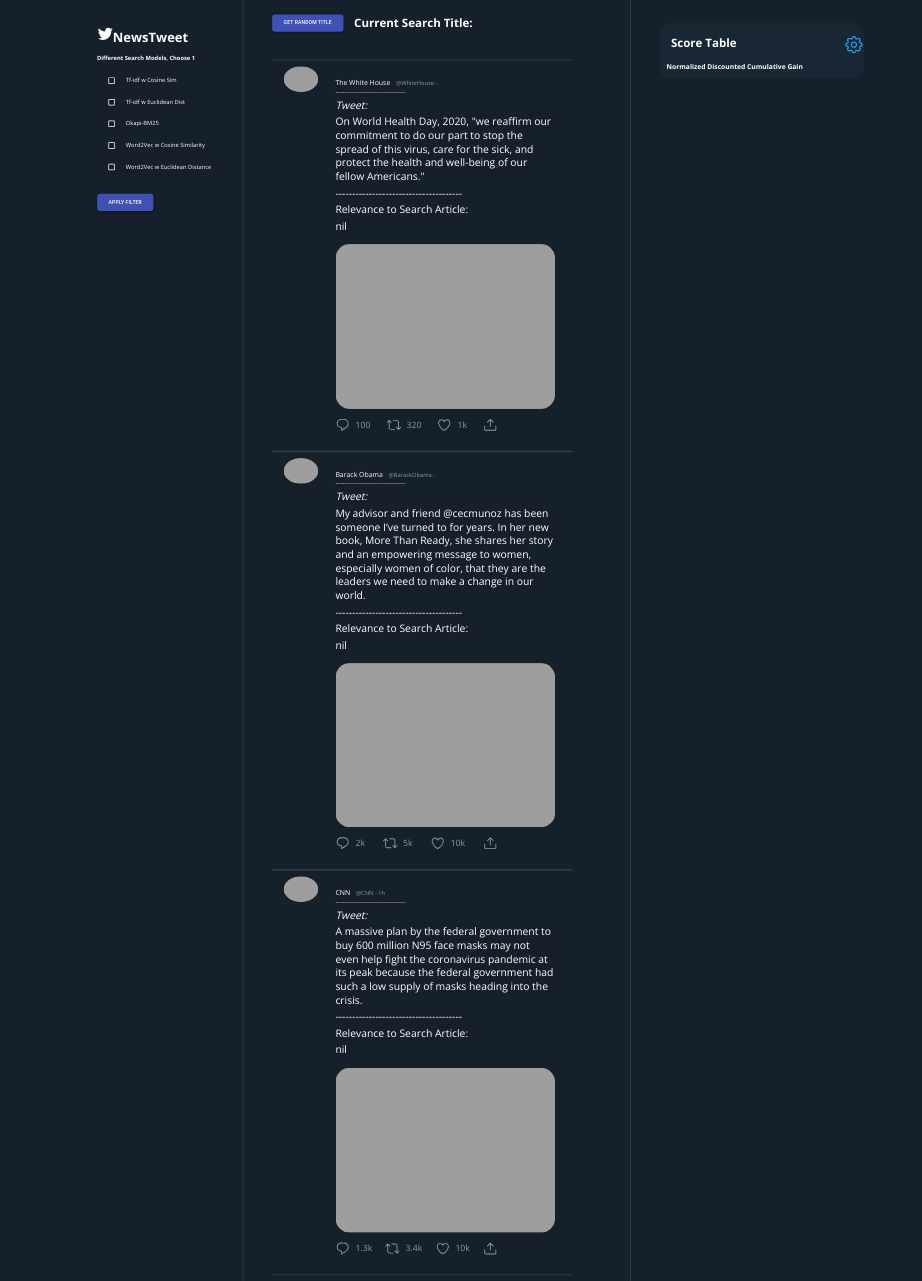
Repository: Dustyik/IR-tweets---disaster-
Page: / (app in Frontend/)
The author's editor kept a copy of each file at every save. The page is drawn from the files as they stood at one save, then again after the next save.
The browser window is 1280 px wide. The pictures show the whole page, at 72% of full size.
Pictures or frames that could not be fetched are drawn as grey boxes. The page's requests for data from a server got no answer. The project was rebuilt for these pictures with package versions that can differ from the ones it lists, and the page was loaded fresh each time. No one was signed in, and anything a server would have sent is missing. Also part of the build but not shown: Frontend/src/components/trending/Trend.js, Frontend/src/components/trending/FollowSuggestionCard.js, Frontend/src/styles/FollowList.css, Frontend/src/components/trending/FollowSuggestionsList.js, Frontend/src/components/StatusCard.js, Frontend/src/pages/Status.js, Frontend/src/components/profile/ProfileHead.js, Frontend/src/components/profile/ProfileDetails.js and 2 more.

Above is the page before, as saved 2021-08-07 17:29:43.

### Frontend/public/index.html
<!DOCTYPE html>
<html lang="en">

<head>
  <meta charset="utf-8" />
  <link rel="icon" href="%PUBLIC_URL%/favicon.ico" />
  <meta name="viewport" content="width=device-width, initial-scale=1" />
  <meta name="theme-color" content="#000000" />
  <meta name="description" content="Web site created using create-react-app" />
  <link rel="apple-touch-icon" href="%PUBLIC_URL%/logo192.png" />
  <link href="https://fonts.googleapis.com/css2?family=Open+Sans:wght@400;700&display=swap" rel="stylesheet">
  <!--
      manifest.json provides metadata used when your web app is installed on a
      user's mobile device or desktop. See https://developers.google.com/web/fundamentals/web-app-manifest/
    -->
  <link rel="manifest" href="%PUBLIC_URL%/manifest.json" />
  <!--
      Notice the use of %PUBLIC_URL% in the tags above.
      It will be replaced with the URL of the `public` folder during the build.
      Only files inside the `public` folder can be referenced from the HTML.

      Unlike "/favicon.ico" or "favicon.ico", "%PUBLIC_URL%/favicon.ico" will
      work correctly both with client-side routing and a non-root public URL.
      Learn how to configure a non-root public URL by running `npm run build`.
    -->
  <title>React App</title>
</head>

<body>
  <noscript>You need to enable JavaScript to run this app.</noscript>
  <div id="root"></div>
  <!--
      This HTML file is a template.
      If you open it directly in the browser, you will see an empty page.

      You can add webfonts, meta tags, or analytics to this file.
      The build step will place the bundled scripts into the <body> tag.

      To begin the development, run `npm start` or `yarn start`.
      To create a production bundle, use `npm run build` or `yarn build`.
    -->
</body>

</html>

### Frontend/src/App.js
import React from 'react';
import { BrowserRouter as Router, Route } from 'react-router-dom';
import './App.css';
import { Sidebar } from './components/Sidebar';
import { Home } from './pages/Home';
import { Trending } from './components/trending/Trending';
import { GlobalProvider } from './context/GlobalState';
import { Status } from './pages/Status';
import ScrollToTop from './utils/ScrollToTop';
import { Profile } from './pages/Profile';

function App() {
  return (
    <GlobalProvider >
      <Router >

        <ScrollToTop>
          <div className="App">
            <div className="side-nav">
              <Sidebar />
            </div>
            <div className="main trending">

              <Route exact path="/" component={Home} />
              { /*
              <Route exact path="/:id" component={Profile} />
              <Route exact path="/status/:id" component={Status} />
              */}


            </div>

            <div className="trending">
              <Trending />
            </div>
          </div>
        </ScrollToTop>

      </Router>
    </GlobalProvider>
  );
}

export default App;

### Frontend/src/App.css
:root {
    --body-bg        : rgb(21, 32, 43);
    --sky-blue       : rgba(29, 161, 242, 1.00);
    --light          : rgba(255, 255, 2555);
    --grey           : rgb(136, 153, 166);
    --border         : rgb(56, 68, 77);
    --thick-border   : rgb(37, 51, 65);
    --thick-border   : rgb(37, 51, 65);
    --card-background: rgb(25, 39, 52);
}

body {
    background-color: var(--body-bg);
    font-family     : 'Open Sans', sans-serif;
    padding         : 0;
    margin          : 0;
    color           : var(--light);
}

html {
    font-size: 8px;
}

::-webkit-input-placeholder {
    /* Chrome/Opera/Safari */
    font-size  : 2.5rem;
    color      : #9197a3;
    font-weight: 400;
}

::-moz-placeholder {
    /* Firefox 19+ */
    font-size  : 2.5rem;
    color      : #9197a3;
    font-weight: 400;
}

:-ms-input-placeholder {
    /* IE 10+ */
    font-size  : 2.5rem;
    color      : #9197a3;
    font-weight: 400;
}

:-moz-placeholder {
    /* Firefox 18- */
    font-size  : 2.5rem;
    color      : #9197a3;
    font-weight: 400;
}

.App {
    display              : grid;
    grid-template-columns: 2.5fr 4fr 3fr;
}

.side-nav {
    padding-left: 40%;
    padding-top : 3rem;
}

.side-nav svg {
    fill : var(--light);
    width: 2.75rem;
}

.side-nav svg:hover {
    fill: var(--sky-blue);
}

.side-nav-item {
    padding: 2rem 0;

}

.side-nav .side-nav-item .side-nav-text {
    font-size     : 2.25rem;
    font-weight   : 700;
    color         : var(--light);
    padding-left  : 3rem;
    vertical-align: bottom;
}

.avatar {
    display: inline;
}

.avatar img {
    border-radius: 50%;
}


/* helper classes */
.p-0 {
    padding: 0
}


.pl-0 {
    padding-left: 0
}

.p-1 {
    padding: 1rem;
}

.p-2 {
    padding: 2rem
}

.pr-0 {
    padding-right: 0
}

.pb-1 {
    padding-bottom: 1rem;
}

.m-0 {
    margin: 0
}

.mb-0 {
    margin-bottom: 0;
}

.text-center {
    text-align: center;
}

.w-100 {
    width: 100%;
}

.pl-1 {
    padding-left: 1rem;
}

.pr-1 {
    padding-right: 1rem;
}

ul {
    list-style: none;
}

.flex-align-center {
    display    : flex;
    align-items: center;
}

.flex-space-between {
    display        : flex;
    justify-content: space-between;
}

.inline-block {
    display: inline-block;

}


.btn {
    color      : var(--light);
    font-weight: 700;
    cursor     : pointer;
    border     : none;
    background : transparent;
}

.tweet-btn {
    border-radius   : 4rem;
    font-size       : 2rem;
    padding         : 1.5rem;
    background-color: var(--sky-blue);
    width           : 80%;
}

.follow-btn {
    border-radius: 3rem;
    font-size    : 2rem;
    padding      : 0.5rem;
    font-weight  : 700;
    color        : var(--sky-blue);
    border       : 1px solid var(--sky-blue);
}

.pointer {
    cursor: pointer;
}

.bold-dull-para {
    font-size: 1.75rem;
    color    : var(--grey);
}

a {
    text-decoration: none;
    color          : inherit;
}

h1 {
    font-size  : 2.25rem;
    font-weight: 700;
    color      : var(--light);
}

h2 {
    font-size  : 2rem;
    font-weight: 700;
    color      : var(--light);
}

input:focus {
    outline: none;
}

### Frontend/src/components/Sidebar.js
import React, {useState, useContext} from 'react';
import { Logo, HomeIcon, ExploreIcon, NotificationIcon, MessageIcon, BookmarkIcon, ListsIcon, MoreIcon } from '../images/svg/svgs';
import { SmallAvatar } from '../images/avatars';
import { Checkbox } from '@material-ui/core';
import { Button } from '@material-ui/core';
import * as API from "../apifunctions"
import { GlobalContext } from '../context/GlobalState'
import { uniqueNamesGenerator, Config, adjectives, colors, animals } from 'unique-names-generator';


const SEARCH_MODELS = ["Tf-idf w Cosine Sim", "Tf-idf w Euclidean Dist", "Okapi-BM25", "Word2Vec w Cosine Similarity", "Word2Vec w Euclidean Distance"]

export const Sidebar = () => {
    const profImageurl = 'https://pbs.twimg.com/profile_images/1247964769669136385/KVCROk2D_bigger.jpg';
    const [searchModelsLocalState, setSearchModelsLocalState] = useState([])

    const {setSearchModels, searchModels, title, removeAllTweets, addTweet, addRankingScore, getRankingScore} = useContext(GlobalContext);

    const checkBoxToggled = (event) => {
        const id = event.id
        const checkValue = event.checked

        if (checkValue){
            setSearchModels(id)
            setSearchModelsLocalState(id)
        }
    }

    const applyFilter = () => {
        API.applySearchFilters(searchModels, title.title, title.id).then(
            res => {
                removeAllTweets()
                const data = JSON.parse(res.data.pandas_data)
                const ranking = res.data.ranking_score
                addRankingScore(ranking)



                console.log(data)

                const relevanceData = data.relevance_score
                const tweetData = data.tweet
                const tweetIdData = data.id
                const relatedArticlesData = data.article_id

                for (let i = 0; i < Object.keys(relevanceData).length; i++){
                    let pxSize = 140 + i*3
                    const newTweet = {
                        name: uniqueNamesGenerator({dictionaries: [adjectives, colors, animals]}),
                        tweet: tweetData[i],
                        relevance: relevanceData[i],
                        image: `https://placeimg.com/${pxSize}/${pxSize}/any`
                    }
                    addTweet(newTweet)
                }

            }
        )
    }

    const createCheckBoxes = () =>
        SEARCH_MODELS.map((e) => {

            return (
                <div>
                <Checkbox
                size = "medium"
                id = {e}
                onChange = {(e) => checkBoxToggled(e.target)}
                checked = {searchModelsLocalState == e}
                >
                </Checkbox>
                {e}

                </div>
            )
        }
    )


    const checkBoxes = createCheckBoxes()

    return (
        <div>
            <div className="side-nav-header">

                <h1>
                <Logo />
                    NewsTweet
                </h1>
            </div>
            <h4>
                Different Search Models,
                Choose 1
            </h4>



            {checkBoxes}

            <div>
                &nbsp;
            </div>
            <div>
                &nbsp;
            </div>

            <Button
                onClick = {applyFilter}
                variant="contained" color="primary">
                Apply Filter
            </Button>



        </div>
    )
}

### Frontend/src/components/trending/Trending.js
import React from 'react';
import '../../styles/Trending.css';
import { SearchIcon } from '../../images/svg/svgs'
import { TrendsList } from './TrendsList';
import { FollowSuggestionsList } from './FollowSuggestionsList';


export const Trending = () => {
    return (
        <>
            <div>

                <div className="trends-list m-0">

                    <TrendsList />

                </div>
                {/*
                <div className="follow-list">
                    <FollowSuggestionsList />
                </div>
                */}
            </div>
        </>
    )
}

### Frontend/src/utils/ScrollToTop.js
import React, { useEffect, Fragment } from 'react';
import { withRouter } from 'react-router-dom';

function ScrollToTop({ history, children }) {
    useEffect(() => {
        const unlisten = history.listen(() => {
            window.scrollTo(0, 0);
        });
        return () => {
            unlisten();
        }
    }, []);

    return <Fragment>{children}</Fragment>;
}

export default withRouter(ScrollToTop);

### Frontend/src/images/avatars.js
import React from 'react'

export const SmallAvatar = ({ width, image }) => {
    return (
        <div className="avatar">
            <img width={width} src={image} alt="avatar" />
        </div>
    )
}

### Frontend/src/apifunctions.js
import axios from 'axios';

export const getTitles = () => {
    console.log("get Titles called")
    return axios.get("http://localhost:5000/getTitles")
}

export const applySearchFilters = (data, title, id) => {
    return axios.post("http://localhost:5000/applySearchModels", {
            data: data,
            queryTitle: title,
            articleId: id

        }
    )
}

### Frontend/src/styles/Main.css
/* main styles */
.main {
    border-left : 1px solid var(--border);
    border-right: 1px solid var(--border);
    ;
}

.home {
    padding-left : 2.5rem;
    border-bottom: 1px solid var(--border);
}

.new-tweet {
    padding              : 1rem;
    display              : grid;
    grid-template-columns: 1fr 9fr;
    border-bottom        : 1rem solid var(--thick-border);
}

.new-tweet .left,
.right {
    padding: 0 1rem;
}

.new-tweet input {
    padding    : 2rem 0;
    background : transparent;
    border     : none;
    color      : var(--light);
    font-size  : 2rem;
    font-weight: 700;
}

.new-tweet-options {
    padding-right  : 1rem;
    display        : flex;
    justify-content: space-between;
    align-items    : center;
}

.new-tweet .add-icons {
    margin-right: 1rem;
}

.new-tweet .add-icons svg {
    width  : 3rem;
    fill   : var(--sky-blue);
    padding: 1rem;
}

.new-tweet .add-icons svg:first-child {
    padding-left: 0;
}

### Frontend/src/components/TweetList.js
import React, { useContext } from 'react'
import TweetCard from './TweetCard'
import { GlobalContext } from '../context/GlobalState'

export const TweetList = () => {
    const { tweets } = useContext(GlobalContext);

    return (
        <>
            {tweets.map((tweet, index) => (<TweetCard key={index} tweet={tweet} />))}
        </>
    )
}

### Frontend/src/styles/Trending.css
.trending {
    padding: 1rem 10rem 1rem 5rem;
}

.trending .search-box {
    width     : 100%;
    background: transparent;

    background-color: var(--thick-border);
    border-radius   : 5rem;
    border          : none;
}

.trending .search-box svg {
    width       : 3rem;
    fill        : var(--grey);
    padding-left: 1rem;

}

.trending .search-box input {
    padding   : 1.5rem;
    font-size : 2rem;
    width     : 100%;
    background: transparent;
    border    : none;
    color     : var(--light);
}

.trends-list {
    background-color: var(--card-background);
    border-radius   : 2rem;
    margin-top      : 3rem;
}

.trends-list h1 {
    padding: 1rem 2rem;

}

.trends-for-you {
    padding-top: 2rem;
    padding-left: 2rem;
}

.trends-for-you svg {
    width: 3.5rem;
    fill : var(--sky-blue);
}

.trends-card {
    border-top   : 1px solid var(--border);
    border-bottom: 1px solid var(--border);
    padding      : 2rem;
}

.trends :last-child {
    border-bottom: none;
}

.trends-topic {
    font-size: 1.5rem;
    color    : var(--grey);
}

.trend-tweet-count {
    font-size: 1.75rem;

}



.trending ::-webkit-input-placeholder {
    /* Chrome/Opera/Safari */
    font-size  : 2rem;
    color      : #9197a3;
    font-weight: 400;
}

.trending ::-moz-placeholder {
    /* Firefox 19+ */
    font-size  : 2rem;
    color      : #9197a3;
    font-weight: 400;
}

.trending :-ms-input-placeholder {
    /* IE 10+ */
    font-size  : 2rem;
    color      : #9197a3;
    font-weight: 400;
}

.trending :-moz-placeholder {
    /* Firefox 18- */
    font-size  : 2rem;
    color      : #9197a3;
    font-weight: 400;
}

### Frontend/src/components/trending/TrendsList.js
import React, {useContext} from 'react';
import { Trend } from '../trending/Trend';
import { SettingsIcon } from '../../images/svg/svgs';

import { GlobalContext } from '../../context/GlobalState'


export const TrendsList = () => {

    const {rankingModel} = useContext(GlobalContext);

    const trends = rankingModel.map((trend) => {
        return {
            name: trend[2],
            topic: '',
            tweets: trend[1]
        }

    }).reverse()
    return (
        <div>
            <div className="trends-for-you flex-space-between">
                <h2 className="m-0">Score Table</h2>
                <SettingsIcon />
            </div>
            <h3 style = {{padding:10}}className="m-0">Normalized Discounted Cumulative Gain </h3>

            <div>
            </div>
            <div className="trends">
                {trends.map(trend => (<Trend trend={trend} />))}
            </div>
        </div>
    )
}

### Frontend/src/context/AppReducer.js
const MAX = 30
const MIN = 0

export default (state, action) => {
    switch (action.type) {

        case "ADD_RANKING_SCORE":
            return {
                ...state,
                rankingModel: [...state.rankingModel, action.payload]
            }


        case 'DELETE_TRANSACTION':
            return {
                ...state,
                transactions: state.transactions.filter(transaction => transaction.id !== action.payload)
            }
        case 'ADD_TWEET':
            const newTweet = {
                user: {
                    name: action.payload.name,
                    image: action.payload.image,
                    handle: `@${action.payload.name}`,
                },
                tweet: {
                    content: action.payload.tweet,
                    image: null,
                    comments: Math.floor(Math.random()*(MAX-MIN)+MIN),
                    retweets: Math.floor(Math.random()*(MAX-MIN)+MIN),
                    likes: Math.floor(Math.random()*(MAX-MIN)+MIN),
                    relevance: action.payload.relevance
                }
            };
            return {
                ...state,
                tweets: [...state.tweets, newTweet]
            }

        case "SET_TITLE":
            return {
            ...state,
            title: action.payload
        }

        case "SET_SEARCH_MODEL":
            return {
            ...state,
            searchModels: action.payload
        }

        case "REMOVE_ALL_TWEETS":
            return {
            ...state,
            tweets: []
        }


        default:
            return state
    }
}

### Frontend/src/styles/StatusCard.css
.tweets {}

.status-card {
    /* padding              : 1rem;
    display                 : grid;
    grid-template-columns   : 1fr 9fr; */
    border-bottom           : 0.5px solid var(--border);
    border-top              : 0.5px solid var(--border);

}

.status-card .left,
.right {
    padding: 2rem;
}

.status-card .left {
    display    : flex;
    align-items: center;

}

.status-card .right {
    padding-top: 0;
}

.status-card .status-card-name {
    font-size    : 2rem;
    font-weight  : 700;
    padding-right: 1rem;
}

.status-card .status-card-handle,
.status-card-time {
    font-size: 1.5rem;
    color    : var(--grey);
}

.status-card .status-card-body .status-card-content p {
    font-size : 2.5rem;
    margin-top: .5rem;
}

.status-card .status-card-body .status-card-image {
    margin-top: 2rem;
}

.status-card .status-card-body .status-card-image img {
    width        : 100%;
    border-radius: 20px;
}

.status-card .status-card-footer {
    padding-right: 10rem;
    display      : flex;

    justify-content: space-around;
    padding-top    : 1rem;
    width          : 100%;
}

.status-card .status-card-footer svg {
    fill : var(--grey);
    width: 2.5rem;
}

.status-card .status-card-footer .tweet-cars-icon {
    line-height : 2;
    font-size   : 1.5rem;
    color       : var(--grey);
    padding-left: 1rem;
}

.status {
    display    : flex;
    align-items: center;
    padding    : 0 2rem;
    display    : flex;
    align-items: center;
}

.status h1 {
    display     : inline-block;
    padding-left: 1rem;
}

.status svg {
    width: 4rem;
    fill : var(--sky-blue);
}

### Frontend/src/styles/TweetCard.css
.tweets {}

.tweet-card {
    padding              : 1rem;
    display              : grid;
    grid-template-columns: 1fr 9fr;
    border-bottom        : 0.5px solid var(--border);
    border-top           : 0.5px solid var(--border);

}

.tweet-card .left,
.right {
    padding: 0 1rem;
}

.tweet-card .tweet-card-head .tweet-card-name {
    font-size    : 1.2rem;
    font-weight  : 300;
    padding-right: 1rem;
}

.tweet-card .tweet-card-head .tweet-card-name:hover {
    text-decoration: underline;
}

.tweet-card .tweet-card-head .tweet-card-handle,
.tweet-card-time {
    font-size: rem;
    color    : var(--grey);
}

.tweet-card .tweet-card-body .tweet-card-content p {
    font-size : 1.8rem;
    margin-top: .5rem;
}

.tweet-card .tweet-card-body .tweet-card-image {
    margin-top: 2rem;
}

.tweet-card .tweet-card-body .tweet-card-image img {
    width        : 100%;
    border-radius: 20px;
}

.tweet-card .tweet-card-footer {
    padding-right  : 10rem;
    display        : flex;
    justify-content: space-between;
    padding-top    : 1rem;
}

.tweet-card .tweet-card-footer svg {
    fill : var(--grey);
    width: 2.5rem;
}

.tweet-card .tweet-card-footer .tweet-cars-icon {
    line-height : 2;
    font-size   : 1.5REM;
    color       : var(--grey);
    padding-left: 1rem;
}

Loaded but not shown: Frontend/src/index.js (common file); Frontend/src/images/svg/svgs.js (66 lines, source omitted); Frontend/src/context/GlobalState.js (124 lines, source omitted); Frontend/src/components/TweetCard.js (67 lines, source omitted); Frontend/src/pages/Home.js (75 lines, source omitted)

After the next save:
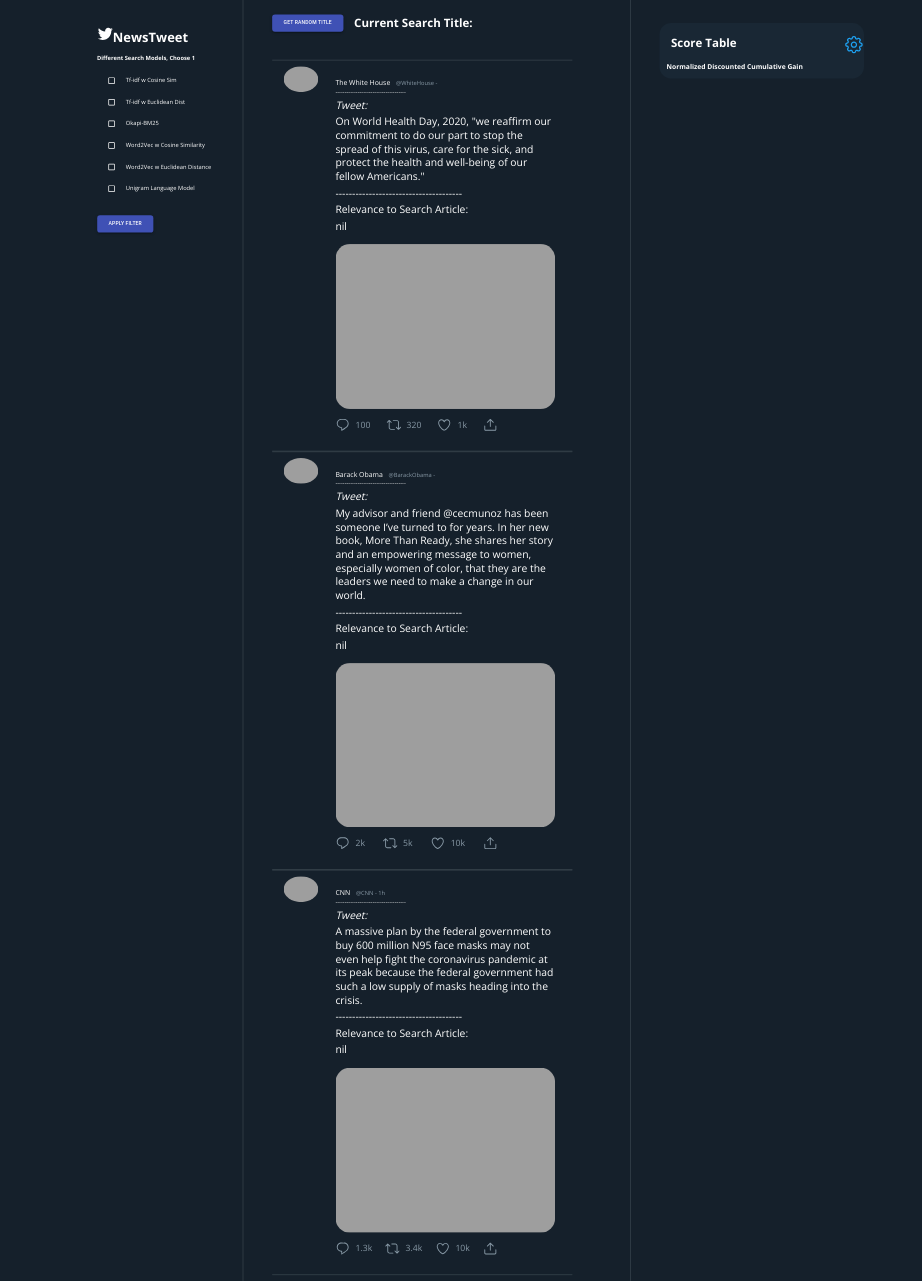
Saved 2 days later.
--- a/Frontend/src/components/Sidebar.js
+++ b/Frontend/src/components/Sidebar.js
@@ -8,7 +8,7 @@
 import { uniqueNamesGenerator, Config, adjectives, colors, animals } from 'unique-names-generator';
 
 
-const SEARCH_MODELS = ["Tf-idf w Cosine Sim", "Tf-idf w Euclidean Dist", "Okapi-BM25", "Word2Vec w Cosine Similarity", "Word2Vec w Euclidean Distance"]
+const SEARCH_MODELS = ["Tf-idf w Cosine Sim", "Tf-idf w Euclidean Dist", "Okapi-BM25", "Word2Vec w Cosine Similarity", "Word2Vec w Euclidean Distance", "Unigram Language Model" ]
 
 export const Sidebar = () => {
     const profImageurl = 'https://pbs.twimg.com/profile_images/1247964769669136385/KVCROk2D_bigger.jpg';
